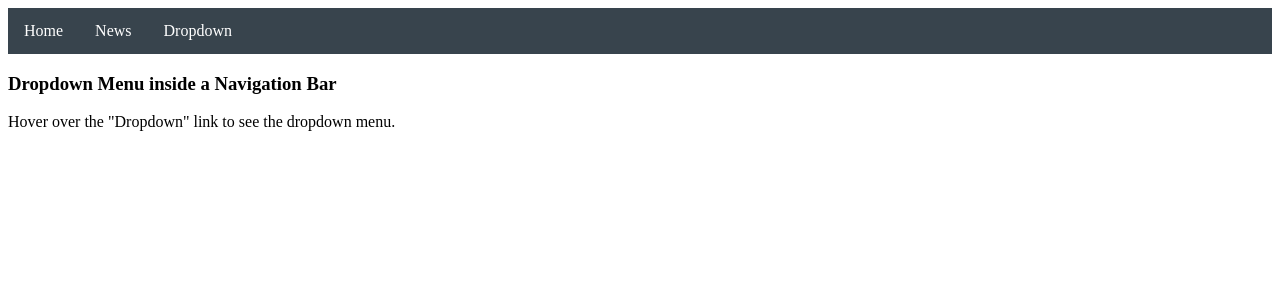
Repository: NopeImNotHere/dotfiles
Page: DB/sportverein/user.html
These files come from the project's save history. The page is drawn as it stood at one moment and after the next save; the edit follows.
The browser window is 1280 px wide. The pictures show the whole page.

Above is the page before, as saved 2024-02-26 12:04:32.

After the next save:
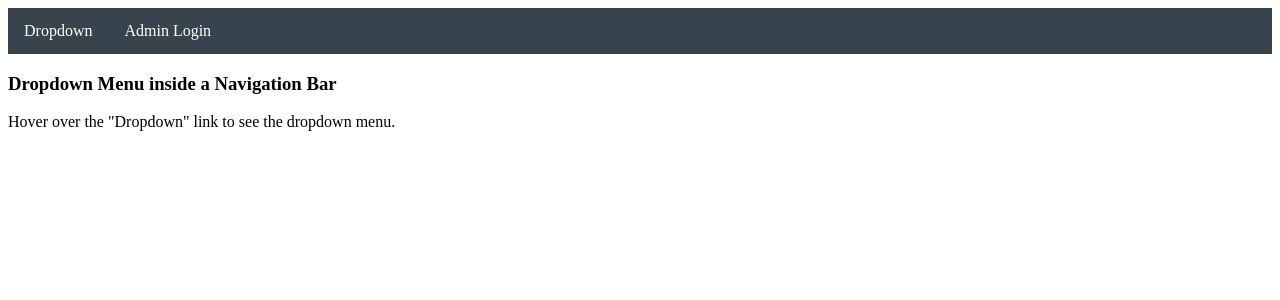
Saved 10 s later.
--- a/DB/sportverein/user.html
+++ b/DB/sportverein/user.html
@@ -67,16 +67,16 @@
 <body>
 
   <ul>
-    <li><a href="#home">Home</a></li>
-    <li><a href="#news">News</a></li>
     <li class="dropdown">
       <a href="javascript:void(0)" class="dropbtn">Dropdown</a>
       <div class="dropdown-content">
-        <a href="./player-create.php">Link 1</a>
-        <a href="./trainer-create.php">Link 2</a>
-        <a href="./team-create.php">Link 3</a>
+        <a href="./player-create.php">Spieler erstellen</a>
+        <a href="./trainer-create.php">Trainer erstellen</a>
+        <a href="./team-create.php">Team erstellen</a>
+        <a href="./add-trainer-team.php">Training zuweisen</a>
       </div>
     </li>
+    <li><a href="">Admin Login</a></li>
   </ul>
 
   <h3>Dropdown Menu inside a Navigation Bar</h3>
